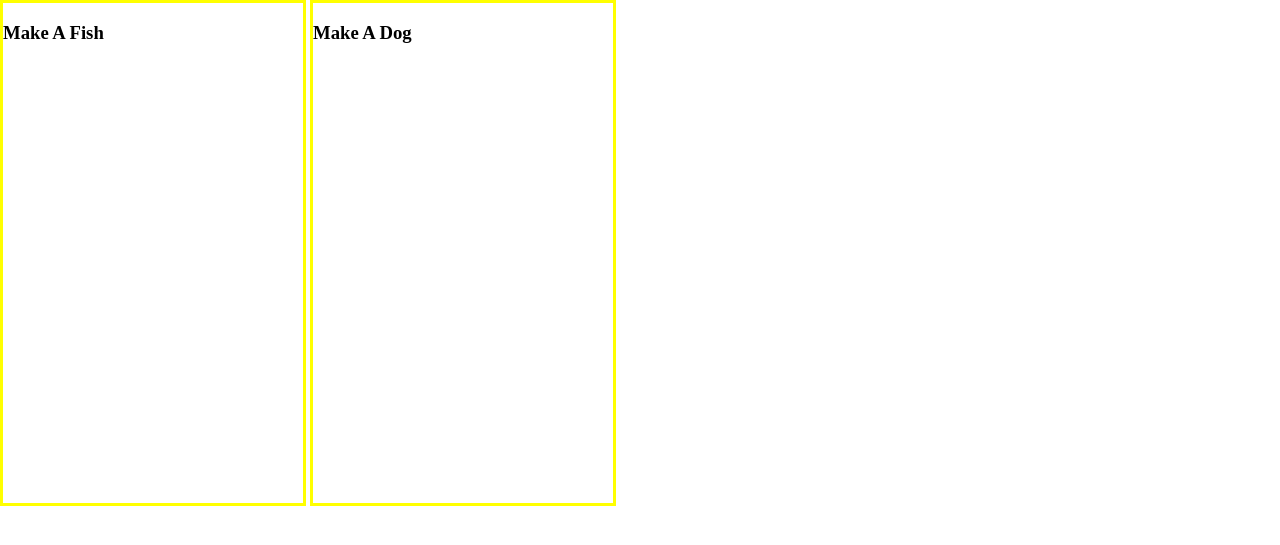
Repository: a-rydzak/Java
Page: http://localhost/Setup/Home
These files come from the project's save history. The page is drawn as it stood at one moment and after the next save; the edit follows.
The browser window is 1280 px wide. The pictures show the whole page.
The page is served by Tomcat 9.

Above is the page before, as saved 2019-07-11 14:20:39.

After the next save:
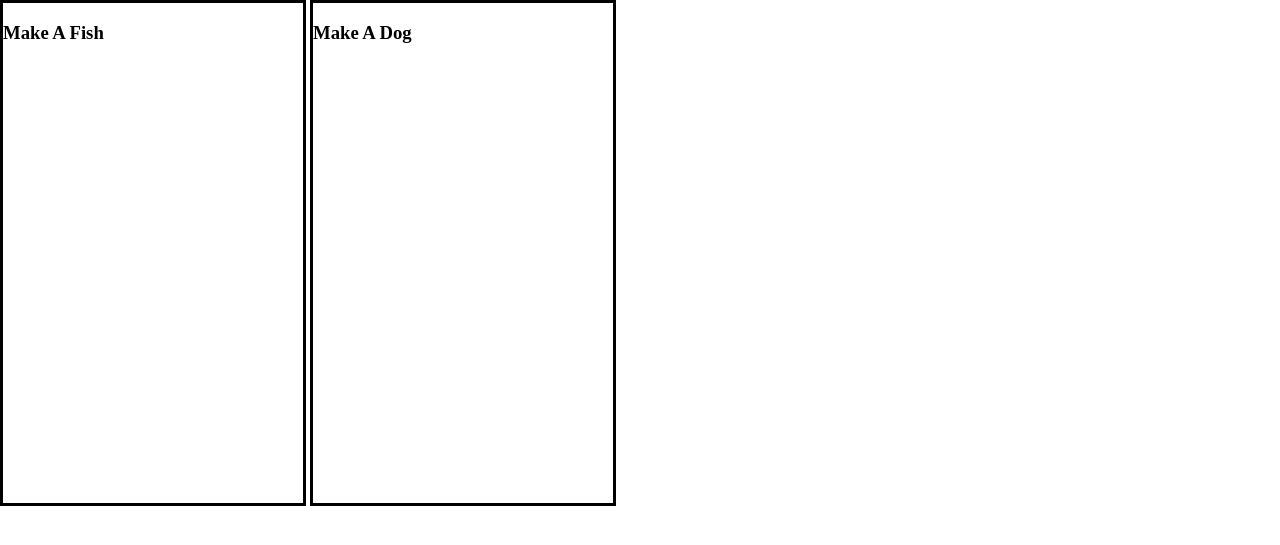
Saved 17 s later.
--- a/Java MVC/Pets/Setup/WebContent/WEB-INF/css/Home.css
+++ b/Java MVC/Pets/Setup/WebContent/WEB-INF/css/Home.css
@@ -14,5 +14,5 @@ body, #container, .petForm{
 	height:500px;
 	width:300px;
 	border-style:solid;
-	border-color:yellow;
+	border-color:black;
 }
